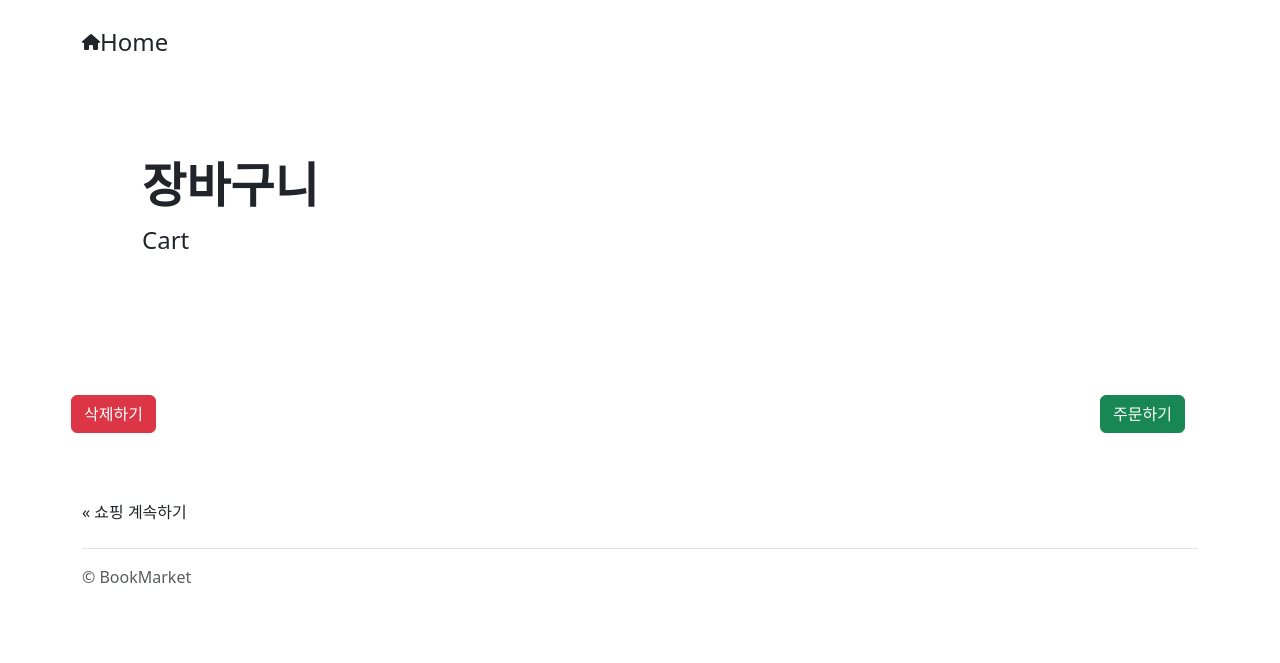
Repository: byeolchorong/ITedunet
Page: http://localhost/BookMarket/cart.jsp
An editor plug-in stored every save of this project. The page is shown before and after the next save, followed by the edit.
The browser window is 1280 px wide. The pictures show the whole page.
Some web libraries are served in a nearby version. The page is served by Tomcat 10. Nobody is signed in. The application's start-up code is not run.

Above is the page before, as saved 2025-05-30 07:56:55.

After the next save:
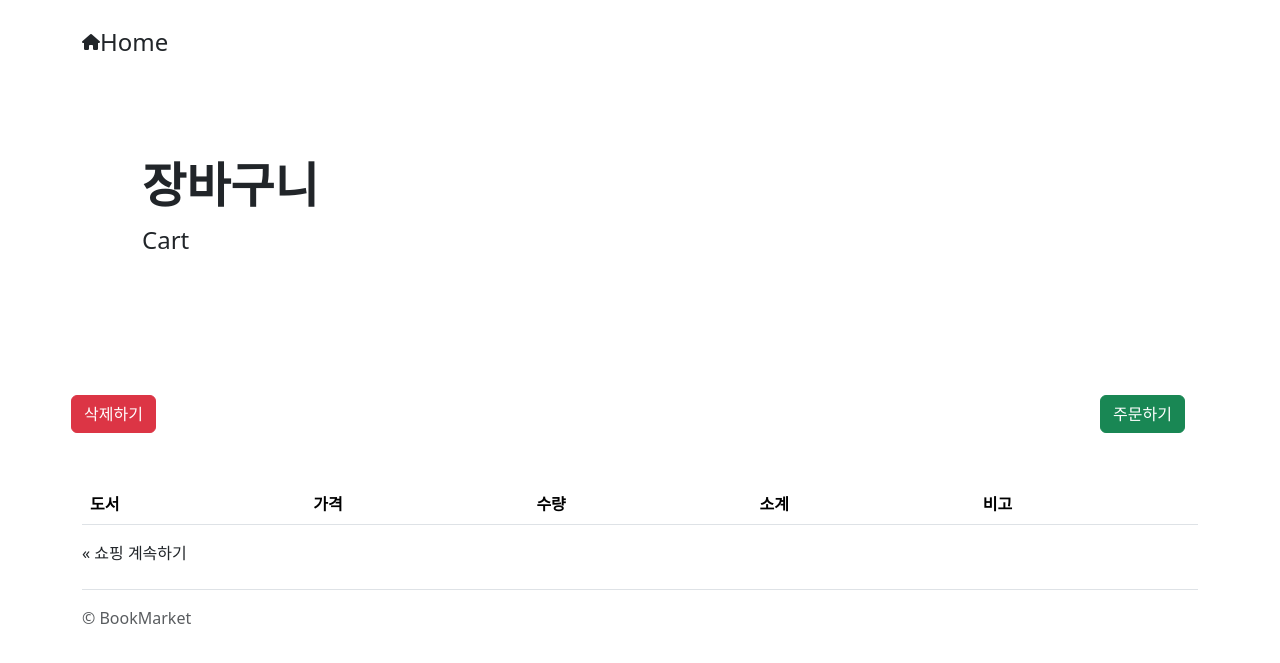
Saved 22 s later.
--- a/JSP/BookMarket/src/main/webapp/cart.jsp
+++ b/JSP/BookMarket/src/main/webapp/cart.jsp
@@ -39,7 +39,11 @@
 		<div style="padding-top: 50px">
 			<table class="table table-hover">
 				<tr>
-
+					<th>도서</th>
+					<th>가격</th>
+					<th>수량</th>
+					<th>소계</th>
+					<th>비고</th>
 				</tr>
 			</table>
 			<a>&laquo; 쇼핑 계속하기</a>
